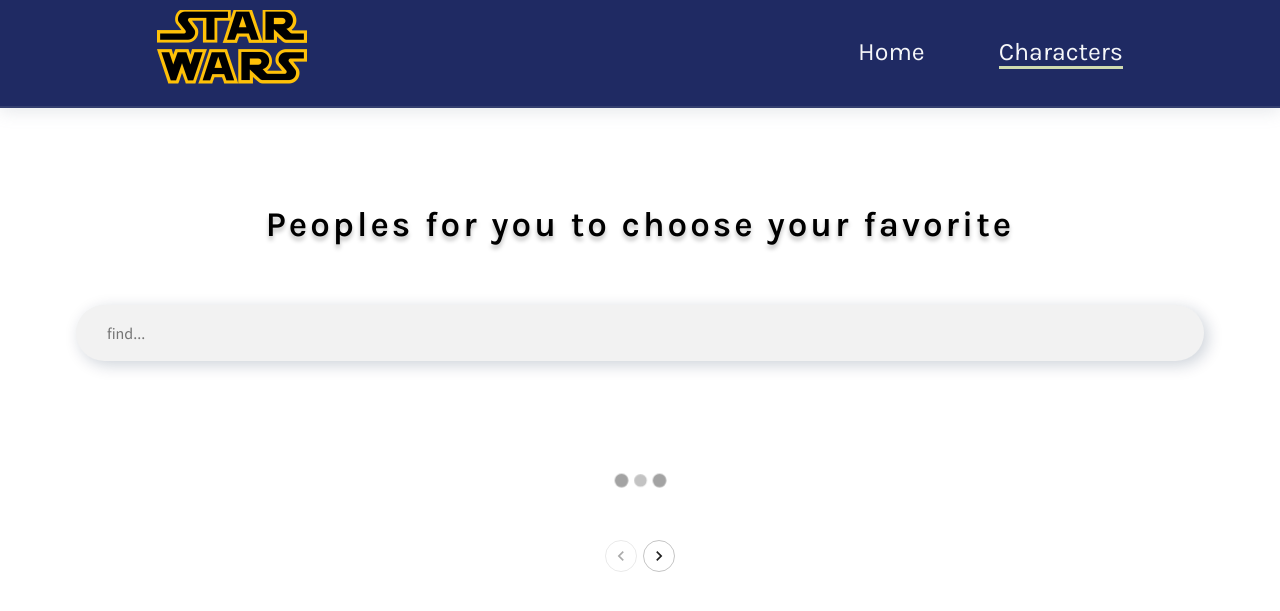
Repository: Alexey2236/starwars
Page: /#/characters
The author's editor kept a copy of each file at every save. The page is drawn from the files as they stood at one save, then again after the next save.
The browser window is 1280 px wide. The pictures show the whole page.
The page's requests for data from a server got no answer. The project was rebuilt for these pictures with package versions that can differ from the ones it lists, and the page was loaded fresh each time. No one was signed in, and anything a server would have sent is missing. Also part of the build but not shown: src/pages/homePage/homePage.css, src/pages/homePage/HomePage.jsx, src/components/charCard/charCard.css, src/components/charCard/CharCard.jsx, src/components/modal/modal.css, src/components/modal/Modal.jsx, src/pages/errorPage/errorPage.css, src/pages/errorPage/ErrorPage.jsx.

Above is the page before, as saved 2022-10-30 20:45:56.

After the next save:
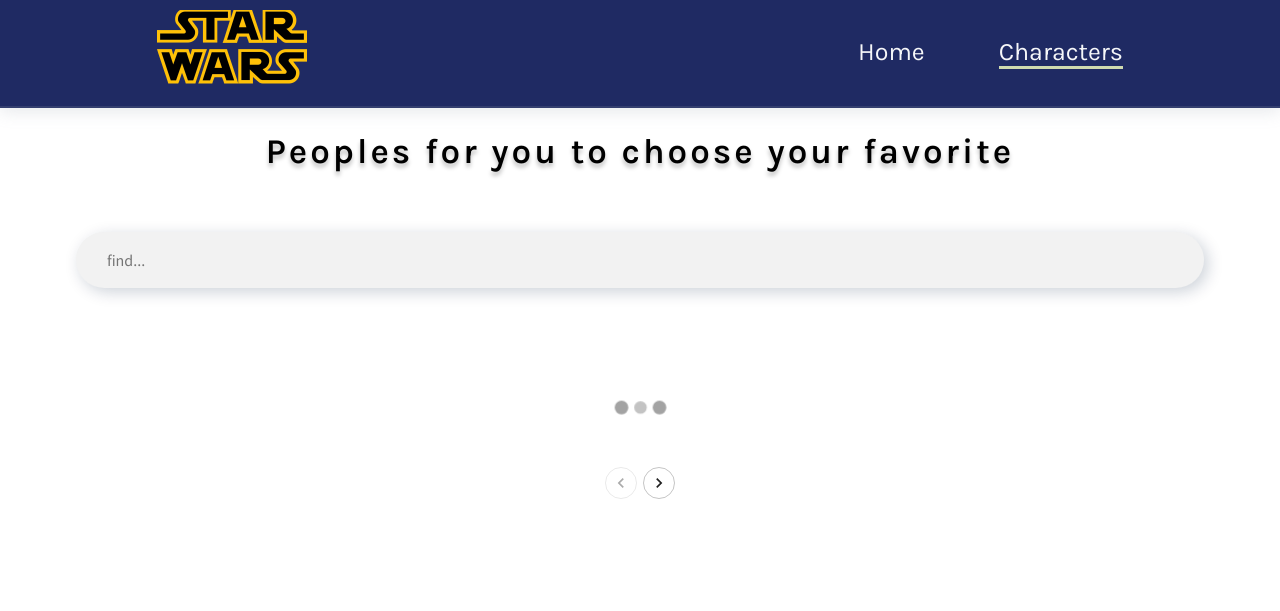
Saved 28 s later.
--- a/src/pages/charactersPage/characters.css
+++ b/src/pages/charactersPage/characters.css
@@ -1,5 +1,5 @@
 .characters-page {
-  padding: 73px 157px;
+  /* padding: 73px 157px; */
   display: flex;
   flex-direction: column;
   align-items: center;

After the 3 saves that followed:
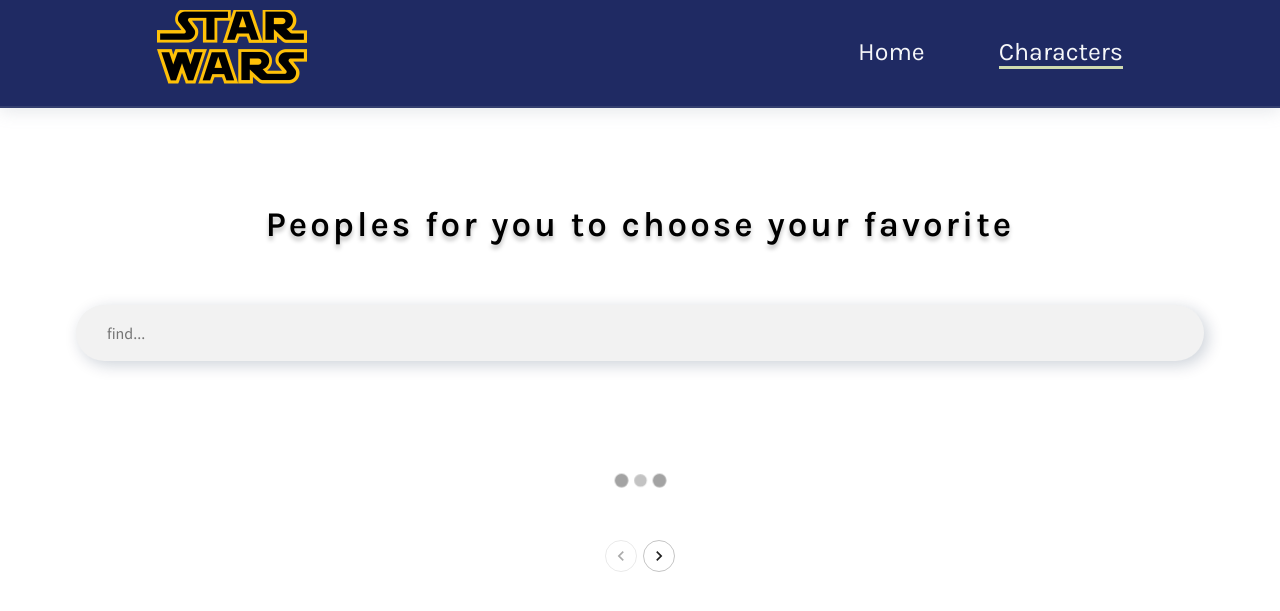
The 3 saves are shown as one change because 2 left the picture as it was.
The last was saved 72 s later.
--- a/src/index.css
+++ b/src/index.css
@@ -16,8 +16,3 @@
 input{
   outline: none;
 }
-
-.container {
-  max-width: 1200px;
-  margin: 0 auto;
-}
--- a/src/pages/charactersPage/characters.css
+++ b/src/pages/charactersPage/characters.css
@@ -1,5 +1,5 @@
 .characters-page {
-  /* padding: 73px 157px; */
+  padding: 73px 157px;
   display: flex;
   flex-direction: column;
   align-items: center;
